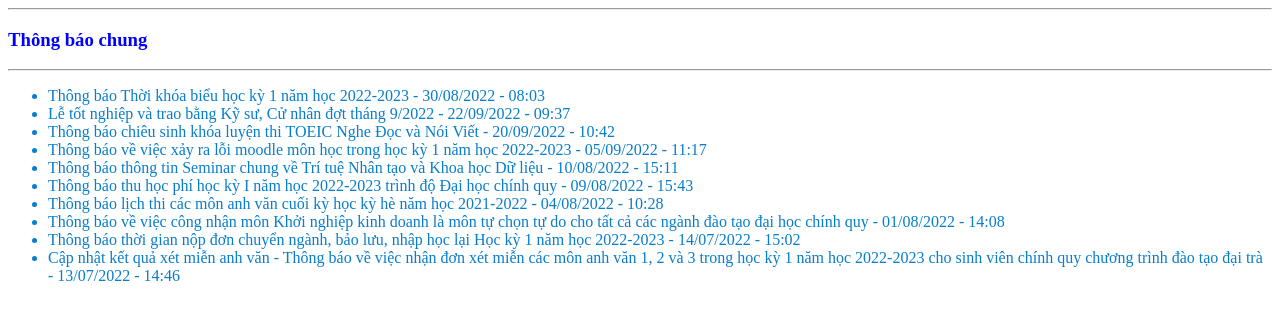
Repository: HoangDuy315/web-dev2022
Page: ex3.html
An editor plug-in stored every save of this project. The page is shown before and after the next save, followed by the edit.
The browser window is 1280 px wide. The pictures show the whole page.

Above is the page before, as saved 2022-09-22 15:37:04.

After the next save:
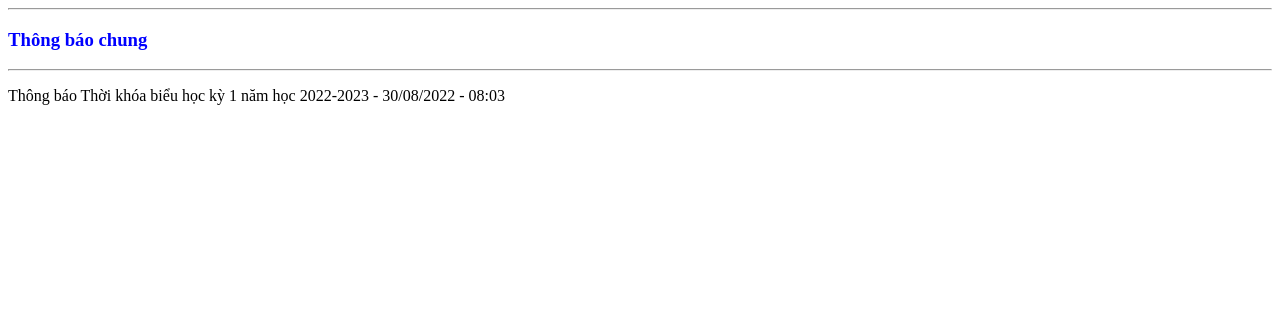
Saved 56 s later.
--- a/ex3.html
+++ b/ex3.html
@@ -11,7 +11,7 @@
         <h3 class="thongbao">Thông báo chung</h3>
     </hr>
     <hr>
-        <ul  class="tinnhan">
+        <!-- <ul  class="tinnhan">
             <li>Thông báo Thời khóa biểu học kỳ 1 năm học 2022-2023 - 30/08/2022 - 08:03</li>
             <li>Lễ tốt nghiệp và trao bằng Kỹ sư, Cử nhân đợt tháng 9/2022 - 22/09/2022 - 09:37</li>
             <li>Thông báo chiêu sinh khóa luyện thi TOEIC Nghe Đọc và Nói Viết - 20/09/2022 - 10:42</li>
@@ -22,7 +22,8 @@
             <li>Thông báo về việc công nhận môn Khởi nghiệp kinh doanh là môn tự chọn tự do cho tất cả các ngành đào tạo đại học chính quy - 01/08/2022 - 14:08</li>
             <li>Thông báo thời gian nộp đơn chuyển ngành, bảo lưu, nhập học lại Học kỳ 1 năm học 2022-2023 - 14/07/2022 - 15:02</li>
             <li>Cập nhật kết quả xét miễn anh văn - Thông báo về việc nhận đơn xét miễn các môn anh văn 1, 2 và 3 trong học kỳ 1 năm học 2022-2023 cho sinh viên chính quy chương trình đào tạo đại trà - 13/07/2022 - 14:46</li>
-        </ul>
+        </ul> -->
+        <p>Thông báo Thời khóa biểu học kỳ 1 năm học 2022-2023  <span>- 30/08/2022 - 08:03</span></p>
     </hr>
 
 </body>
